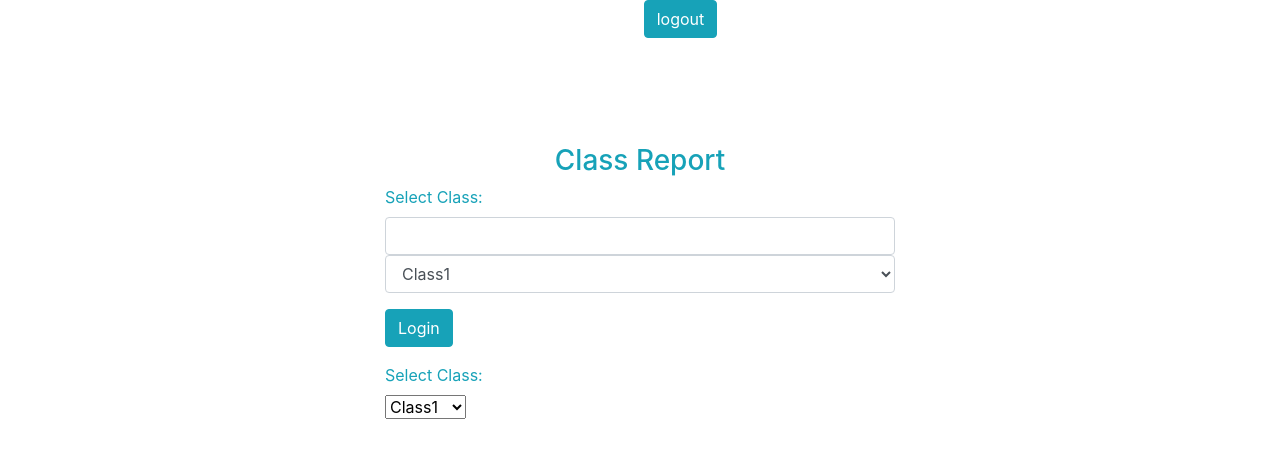
Repository: sindurup/Phase2Project
Page: http://localhost/LearnersAcademyPro/classInfo.jsp
An editor plug-in stored every save of this project. The page is shown before and after the next save, followed by the edit.
The browser window is 1280 px wide. The pictures show the whole page.
Some web libraries are served in a nearby version. The page is served by Tomcat 9. The session is filled in as if someone had signed in: {"uname": "Test User", "pw": 1}.

Above is the page before, as saved 2021-09-27 12:45:07.
Console error: TypeError: Cannot read properties of undefined (reading 'fn')

After the next save:
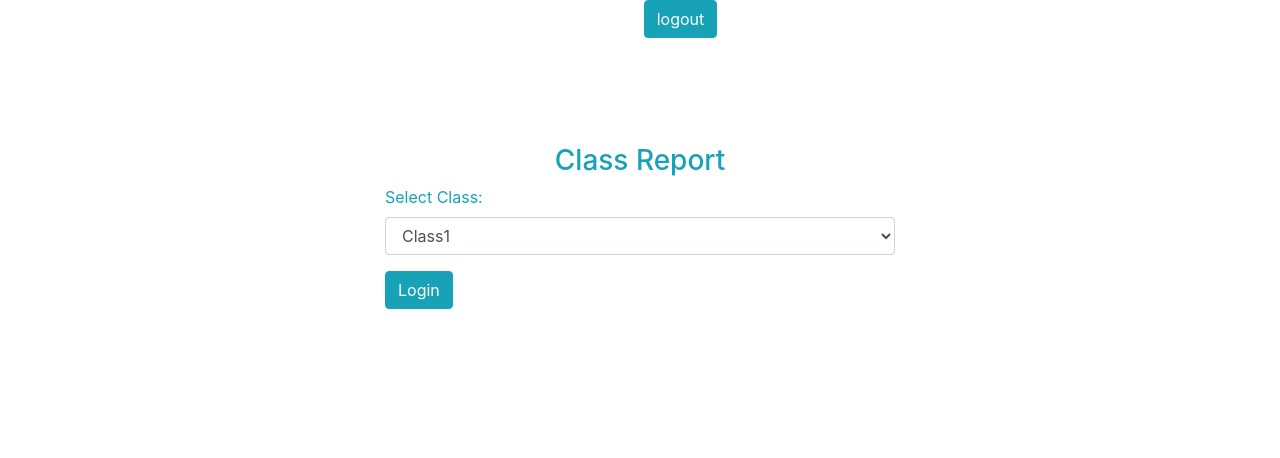
Saved 31 s later.
--- a/LearnersAcademyPro/src/main/webapp/classInfo.jsp
+++ b/LearnersAcademyPro/src/main/webapp/classInfo.jsp
@@ -45,7 +45,7 @@ HttpSession session1=request.getSession();
                             <h3 class="text-center text-info">Class Report</h3>
                             <div class="form-group">
                                   <label for="username" class="text-info">Select Class:</label><br>
-                                <input type="text" name="username" id="username" class="form-control">
+
 
                                   <select name="Class" id="Class" class="form-control">
 								  <option value="Class1">Class1</option>
@@ -71,32 +71,7 @@ HttpSession session1=request.getSession();
                         </form>
 
 
-                        <form id="login" class="form" action="login" method="post">
 
-                            <div class="form-group">
-
-                             <label for="username" class="text-info">Select Class:</label><br>
-
-                                 <select name="Class" id="Class">
-								  <option value="Class1">Class1</option>
-								  <option value="Class2">Class2</option>
-								  <option value="Class3">Class3</option>
-								  <option value="Class4">Class4</option>
-								  <option value="Class5">Class5</option>
-								  <option value="Class6">Class6</option>
-								  <option value="Class7">Class7</option>
-								  <option value="Class8">Class8</option>
-								  <option value="Class9">Class9</option>
-								  <option value="Class10">Class10</option>
-
-
-								</select>
-                            <div class="form-group">
-
-                            </div>
-
-
-                        </form>
                     </div>
                 </div>
             </div>
